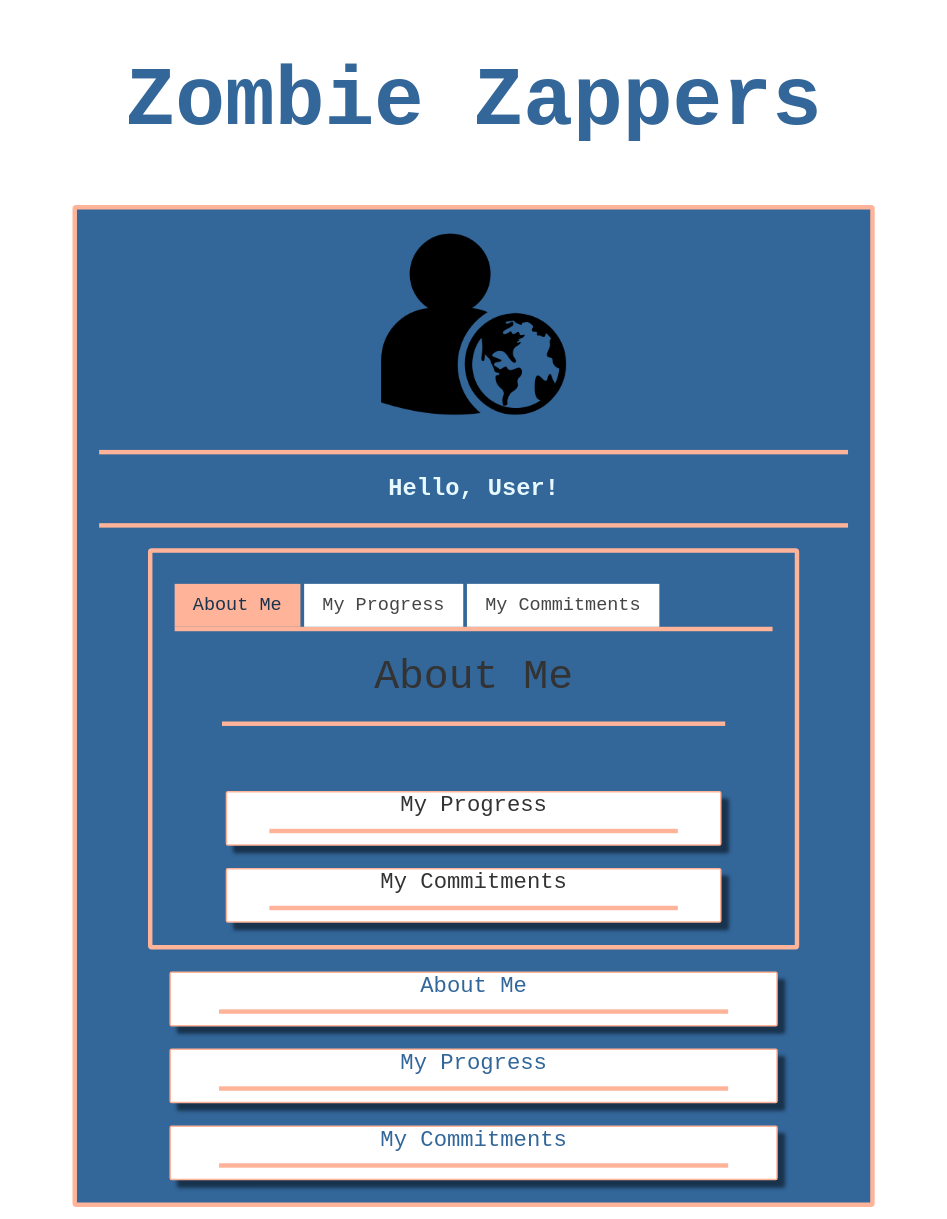
Repository: comp346s17/course-project-zombie-zapper
Page: user.html
The author's editor kept a record of every edit. The page is drawn from the files as they stood at one moment, then again after the next edit.
The browser window is 1280 px wide. The pictures show the whole page, at 74% of full size.
Some web libraries are served in a nearby version.

Above is the page before.

After the next edit:
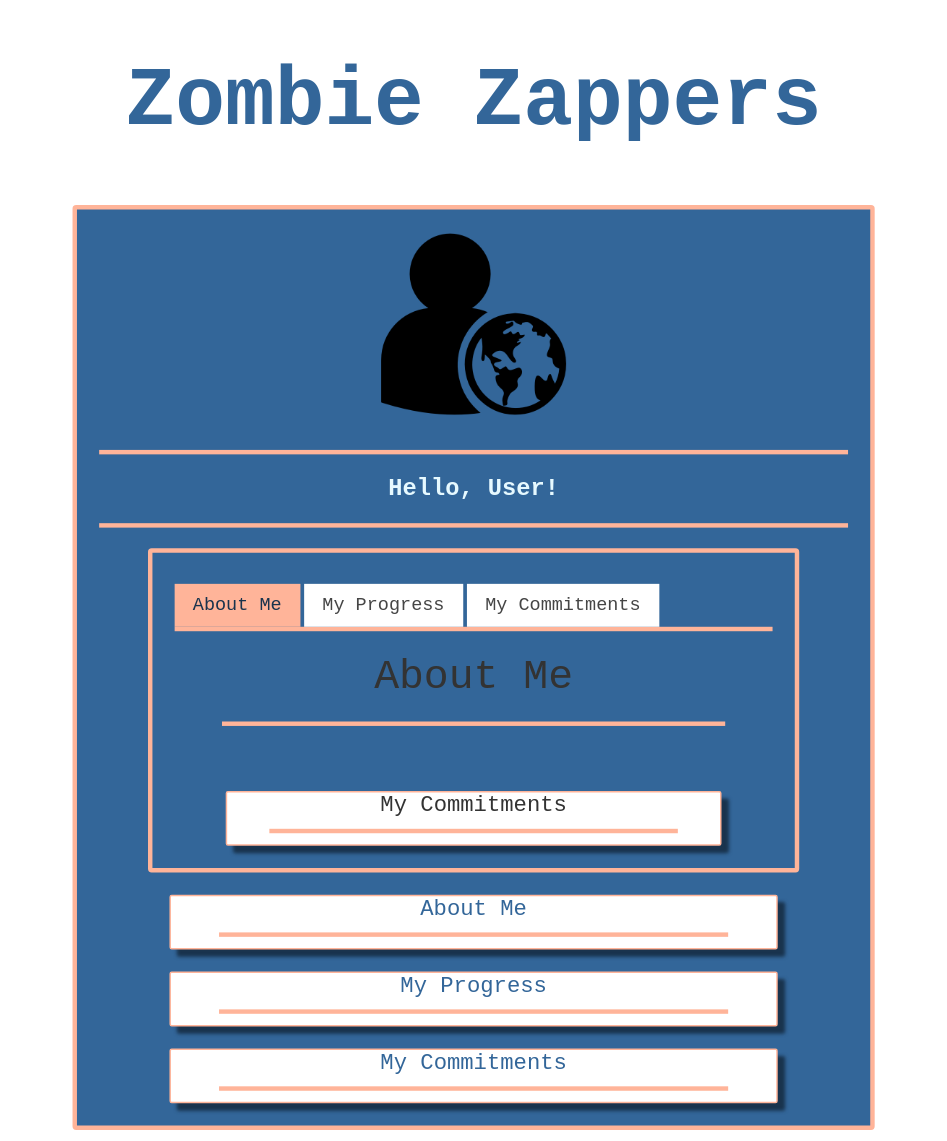
The edit:
--- a/user.html
+++ b/user.html
@@ -35,7 +35,7 @@
                 About Me
                 <hr id="userhr" />
             </div>
-            <div id="userdata">
+            <div id="tabs-2">
                 My Progress
                 <hr id="userhr" />
             </div>
